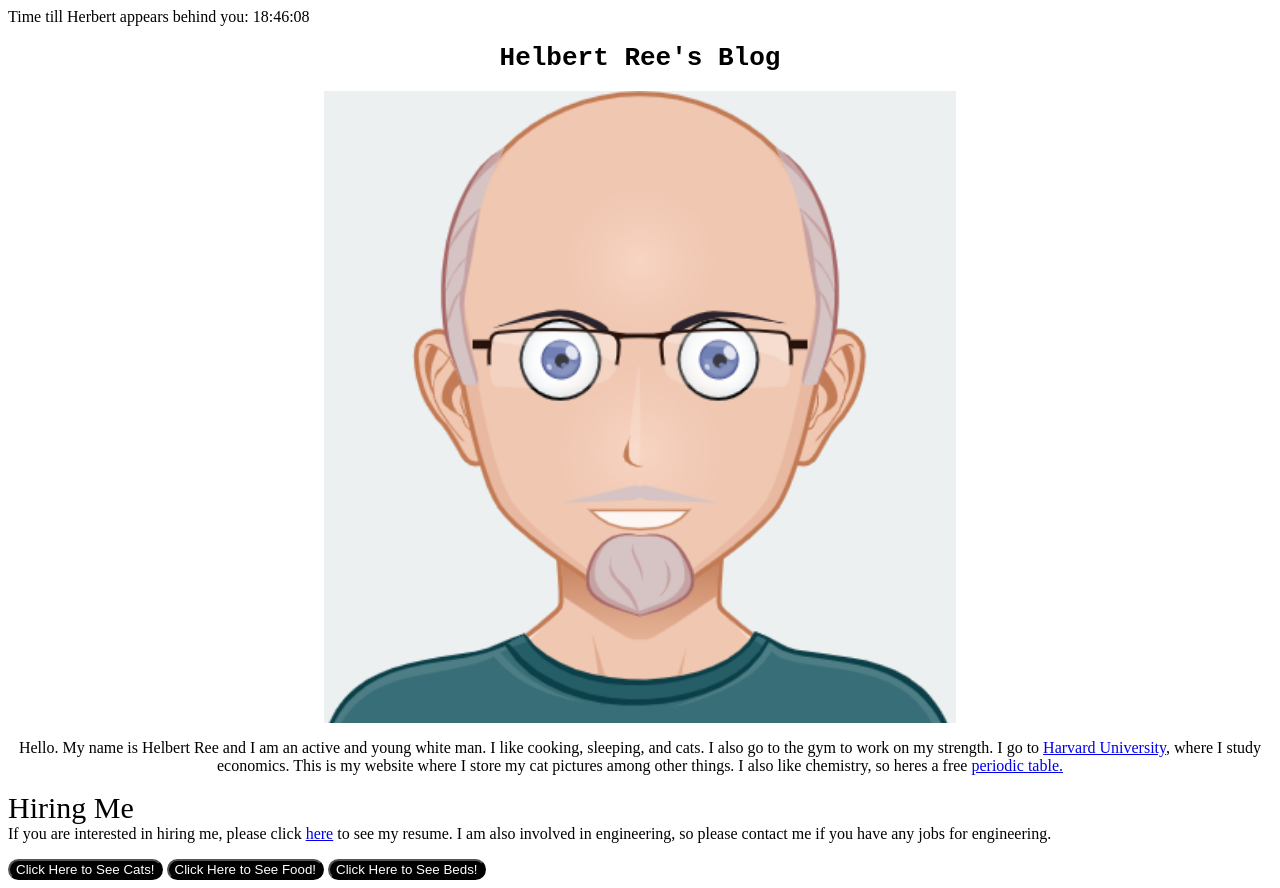
Repository: rortega1581/rortega1581.github.io
Page: 214/HelbertRee'sBlog/website.html
The author's editor kept a record of every edit. The page is drawn from the files as they stood at one moment, then again after the next edit.
The browser window is 1280 px wide. The pictures show the whole page.

Above is the page before.

### 214/HelbertRee'sBlog/website.html
<!DOCTYPE html>
<html>
<head>
<script>
function startTime() {
  var today = new Date();
  var h = today.getHours();
  var m = today.getMinutes();
  var s = today.getSeconds();
  m = checkTime(m);
  s = checkTime(s);
  document.getElementById('txt').innerHTML =
  "Time till Herbert appears behind you: " +h + ":" + m + ":" + s;
  var t = setTimeout(startTime, 500);
}
function checkTime(i) {
  if (i < 10) {i = "0" + i};  // add zero in front of numbers < 10
  return i;
}
</script>
</head>

<body onload="startTime()">

<div id="txt"></div>

</body>
</html>


<!doctype html>
<html lang="en">
    <head>
        <meta charset="utf-8">
        <title>Mein Website</title>
        <link href="style.css" rel="stylesheet" type="text/css">


    </head>
    <body>
        <h1 class="webTitle">
            Helbert Ree's Blog
        </h1>

        <img src="../images/helbertRee.jpg" alt="Helbert Ree" style="display: block;
        margin-left: auto; margin-right: auto; width: 50%;" />

        <p class="description">
            Hello. My name is Helbert Ree and I am an active and young white man.  I like cooking, sleeping, and cats. I also go to the gym to work on my strength.
            I go to <a href="https://www.harvard.edu/">Harvard University</a>, where I study economics. This is my website where I store my cat pictures among other things.
            I also like chemistry, so heres a free <a href="https://ptable.com/">periodic table.</a>

        </p>

        <p>
            <a style="font-size: 30px;">Hiring Me</a> </br>
            If you are interested in hiring me, please click <a href='resume.html'>here</a> to see my resume.
            I am also involved in engineering, so please contact me if you have any jobs for engineering.
        </p>

        <a href="cats.html"><button class="clickButton">Click Here to See Cats!</button></a>
        <a href="food.html"><button class="clickButton">Click Here to See Food!</button></a>
        <a href="beds.html"><button class="clickButton">Click Here to See Beds!</button></a>



    </body>


</html>

### 214/HelbertRee'sBlog/style.css
.clickButton{
    background-color: rgb(0, 0, 0);
    color: rgb(255, 255, 255);
    border-radius: 20px;

}

.webTitle{
    text-align: center;
    font-family: monospace;

}

.description{
    text-align: center;

}


/*
img:active{
   transform:scale(.95);
   box-shadow:2px 2px 10px rgba(0,0,0,1);

}
*//*
img:active{
   transform:scale(.95);
   box-shadow:2px 2px 10px rgba(0,0,0,1);

}
*/

After the next edit:
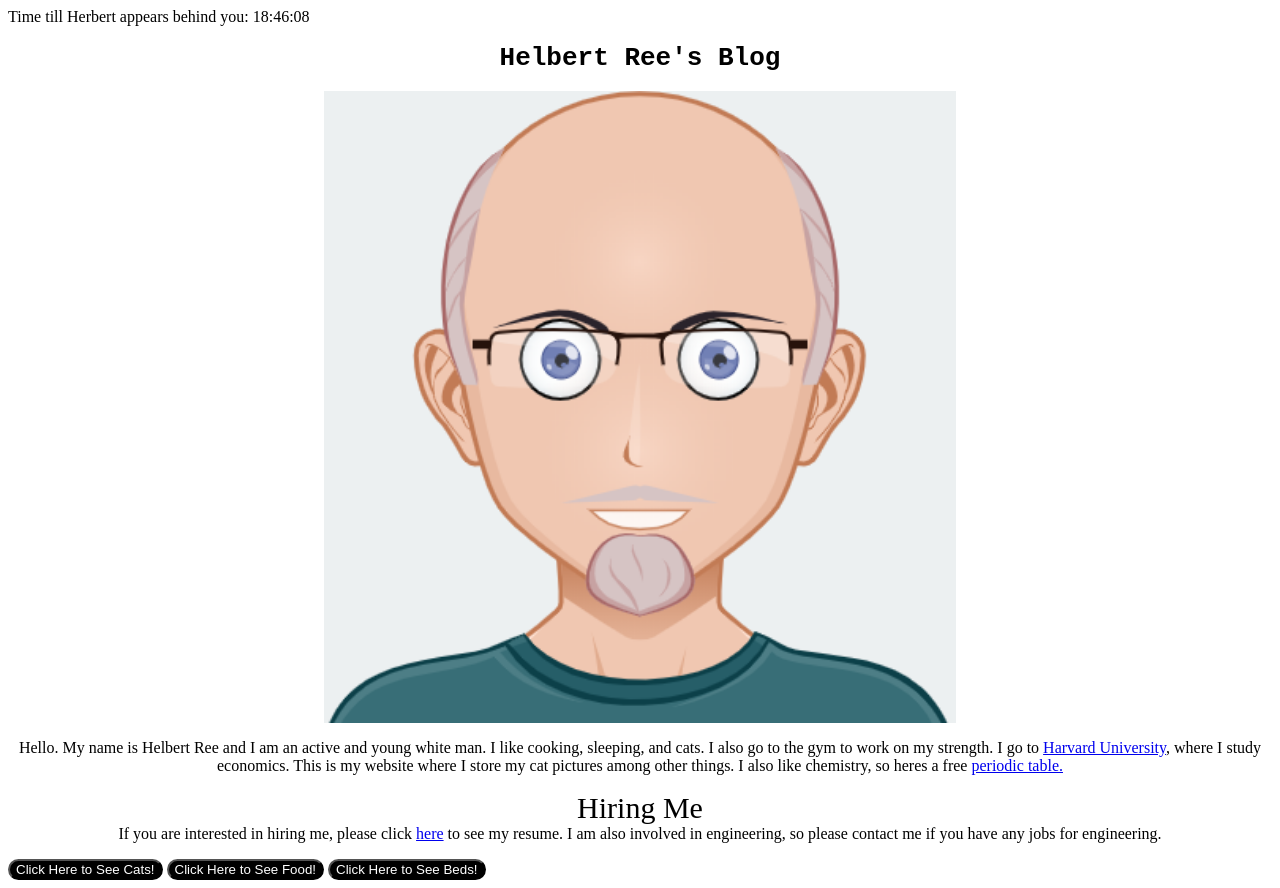
The edit:
--- a/214/HelbertRee'sBlog/style.css
+++ b/214/HelbertRee'sBlog/style.css
@@ -11,7 +11,7 @@
 
 }
 
-.description{
+p{
     text-align: center;
 
 }
